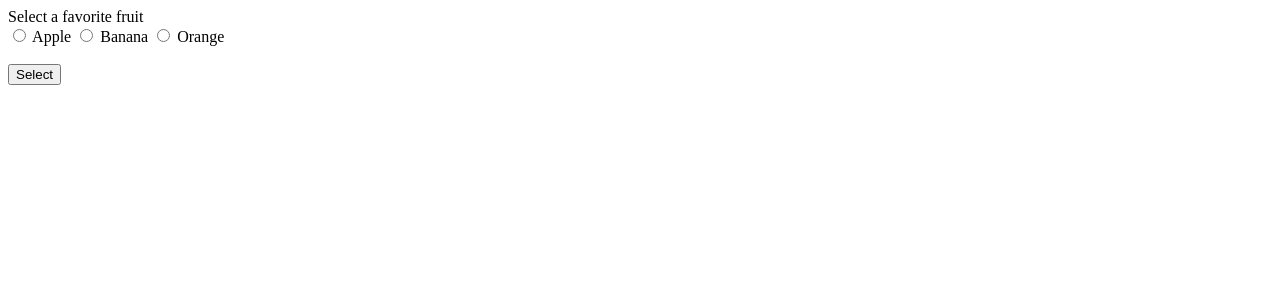
Repository: CreatorDodo/Servlet
Page: HelloWorld/WebContent/radio.html
The author's editor kept a copy of each file at every save. The page is drawn from the files as they stood at one save, then again after the next save.
The browser window is 1280 px wide. The pictures show the whole page.

Above is the page before, as saved 2023-01-12 07:36:10.

### HelloWorld/WebContent/radio.html
<!DOCTYPE html>
<html>
<head>
<meta charset="ISO-8859-1">
<title>Insert title here</title>
</head>
<body>
<form action="TextareaServlet">
Select a favorite fruit <br>
<input type="radio" name="fruit" value="Apple"> Apple
<input type="radio" name="fruit" value="Banana"> Banana
<input type="radio" name="fruit" value="Orange"> Orange
<br><br>
<input type="submit" value="Select">
</form>
</body>
</html>

After the next save:
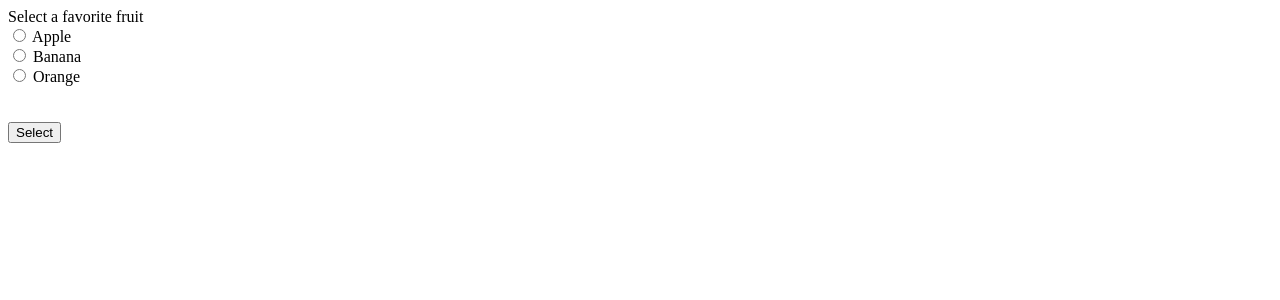
Saved 16 s later.
--- a/HelloWorld/WebContent/radio.html
+++ b/HelloWorld/WebContent/radio.html
@@ -7,9 +7,9 @@
 <body>
 <form action="TextareaServlet">
 Select a favorite fruit <br>
-<input type="radio" name="fruit" value="Apple"> Apple
-<input type="radio" name="fruit" value="Banana"> Banana
-<input type="radio" name="fruit" value="Orange"> Orange
+<input type="radio" name="fruit" value="Apple"> Apple <br>
+<input type="radio" name="fruit" value="Banana"> Banana <br>
+<input type="radio" name="fruit" value="Orange"> Orange <br>
 <br><br>
 <input type="submit" value="Select">
 </form>
